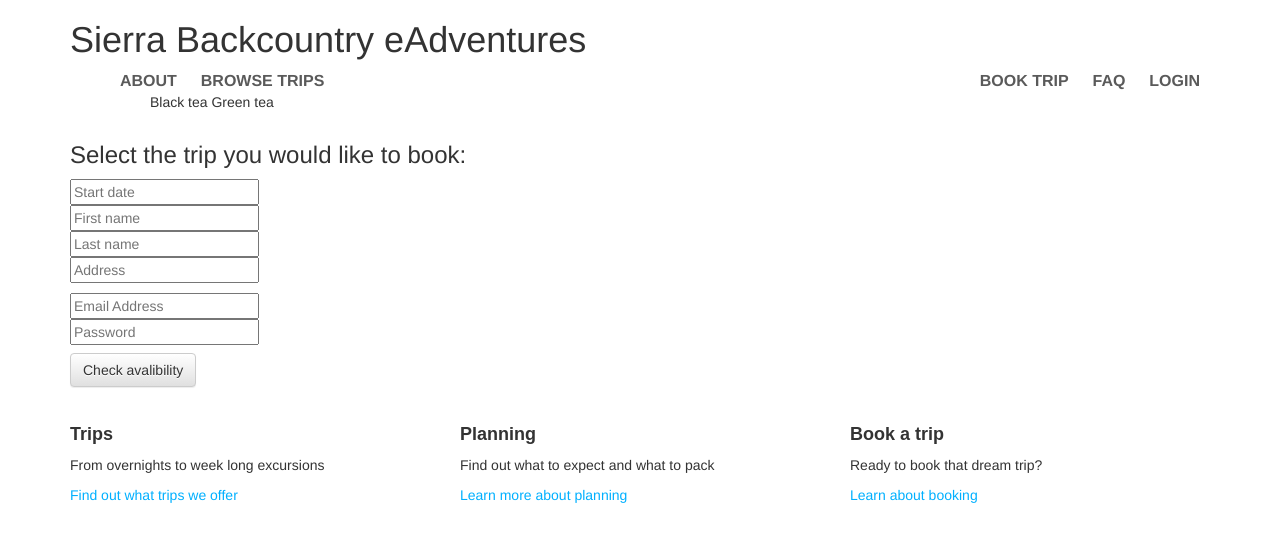
Repository: nageek17/eadventures
Page: http://localhost/booking.php
The author's editor kept a record of every edit. The page is drawn from the files as they stood at one moment, then again after the next edit.
The browser window is 1280 px wide. The pictures show the whole page.
Some web libraries are served in a nearby version. The page is run by PHP 8.4 with error messages shown; the project is at /var/www/html/. Queries for data that is not in the repository find no rows.

Above is the page before.
Console error (its wording comes from the project's code and is left out).

### booking.php
<?php
    include ('header.php');

    $con=mysqli_connect("kdoung17-eadventures-885147","kdoung17","","eadventures");

    // Check connection
    if (mysqli_connect_errno()) {
        echo "Failed to connect to MySQL: " . mysqli_connect_error();
    }
?>


        <div class='container'>

        <h3> Select the trip you would like to book: </h3>

        <form>
        <?php
        $result = mysqli_query($con,"SELECT * FROM trips;");
        while($row = mysqli_fetch_array($result)) {
        ?>

        <input type="radio" name="trip" value= <?php echo $row["trip_name"]; ?> > <?php echo $row["trip_name"]; ?><br>

        <?php }
        mysqli_close($con);
        ?>

        <input type="text" name="date" class="reg" placeholder="Start date"><br>
        <p>
        <input type="text" name="first" class="reg" placeholder="First name"><br>
        <input type="text" name="last" class="reg" placeholder="Last name"><br>
        <input type="text" name="address" class="reg" placeholder="Address"><br>
        </p>
        <input type="text" name="email" class="reg" placeholder="Email Address"><br>
        <input type="password" name="password" class="reg" placeholder="Password"><br>
        <p class="action_bottom">

        <button class="btn btn-default navbar-btn" type="submit">Check avalibility</button>
        </p>


</form>


</div>

<?php
    include ('footer.php');
?>

### header.php
<?php
  session_start();
  include ('dbconfig.php');

  //$con=mysqli_connect("kdoung17-eadventures-885147","kdoung17","","eadventures");
  if (mysqli_connect_errno()) {
  echo "Failed to connect to MySQL: " . mysqli_connect_error();
  }
?>

<!DOCTYPE html>
<html>
  <head>

    <link rel="stylesheet" href="//netdna.bootstrapcdn.com/bootstrap/3.1.1/css/bootstrap.min.css">
    <link rel="stylesheet" href="//netdna.bootstrapcdn.com/bootstrap/3.1.1/css/bootstrap-theme.min.css">

    <link rel="stylesheet" href="css/main.css">

    <title>eAdventures</title>

  </head>

<body>
    <div class="nav">
      <div class="container">
        <h1 class='heading'>Sierra Backcountry eAdventures</h1>
        <ul class="pull-left" class="active">
          <li><a href="index.php">about</a></li>
          <li><a href="products.php">Browse Trips</a>
          <ul>
            <li>Black tea</li>
            <li>Green tea</li>
          </ul>

          </li>
        </ul>
        <ul class="pull-right">
          <li><a href="booking.php">Book trip</a></li>
          <li><a href="faq.php">FAQ</a></li>

          <?php
          if(isset($_SESSION['email']))
          {
                echo '<li><a href="account.php">Account</a></li>';
                echo '<li><a href="logout.php">Logout</a></li>';
          }
          else
          {
            echo '<li><a href="login.php">Login</a></li>';
          }
          ?>
        </ul>
      </div>
    </div>

### dbconfig.php
<?php

$con=mysqli_connect("kdoung17-eadventures-885147","kdoung17","","eadventures");

?>

### footer.php


<div class="learn-more">
	  <div class="container">
		<div class='row'>
	      <div class='col-md-4'>
			<h3>Trips</h3>
			<p>From overnights to week long excursions</p>
			<p><a href="products.php">Find out what trips we offer</a></p>
	      </div>
		  <div class='col-md-4'>
			<h3>Planning</h3>
			<p>Find out what to expect and what to pack</p>
			<p><a href="faq.php">Learn more about planning</a></p>
		  </div>
		  <div class='col-md-4'>
			<h3>Book a trip</h3>
			<p>Ready to book that dream trip?</p>
			<p><a href="booking.php">Learn about booking</a></p>
		  </div>
	    </div>
	  </div>
	</div>
</div>


<script type="text/javascript" src="jcart/js/jquery-1.4.4.min.js"></script>
<script type="text/javascript" src="jcart/js/jcart.min.js"></script>
<script src="https://maxcdn.bootstrapcdn.com/bootstrap/3.2.0/js/bootstrap.min.js"></script>

</body>
</html>

### jcart/config-loader.php
<?php

// jCart v1.3
// http://conceptlogic.com/jcart/

// By default, this file returns the $config array for use with PHP scripts
// If requested via Ajax, the array is encoded as JSON and echoed out to the browser

// Don't edit here, edit config.php
include_once('config.php');

// Use default values for any settings that have been left empty
if (!$config['currencyCode']) $config['currencyCode']                     = 'USD';
if (!$config['text']['cartTitle']) $config['text']['cartTitle']           = 'Shopping Cart';
if (!$config['text']['singleItem']) $config['text']['singleItem']         = 'Item';
if (!$config['text']['multipleItems']) $config['text']['multipleItems']   = 'Items';
if (!$config['text']['subtotal']) $config['text']['subtotal']             = 'Subtotal';
if (!$config['text']['update']) $config['text']['update']                 = 'update';
if (!$config['text']['checkout']) $config['text']['checkout']             = 'checkout';
if (!$config['text']['checkoutPaypal']) $config['text']['checkoutPaypal'] = 'Checkout with PayPal';
if (!$config['text']['removeLink']) $config['text']['removeLink']         = 'remove';
if (!$config['text']['emptyButton']) $config['text']['emptyButton']       = 'empty';
if (!$config['text']['emptyMessage']) $config['text']['emptyMessage']     = 'Your cart is empty!';
if (!$config['text']['itemAdded']) $config['text']['itemAdded']           = 'Item added!';
if (!$config['text']['priceError']) $config['text']['priceError']         = 'Invalid price format!';
if (!$config['text']['quantityError']) $config['text']['quantityError']   = 'Item quantities must be whole numbers!';
if (!$config['text']['checkoutError']) $config['text']['checkoutError']   = 'Your order could not be processed!';

if ($_GET['ajax'] == 'true') {
	header('Content-type: application/json; charset=utf-8');
	echo json_encode($config);
}
?>

### jcart/config.php
<?php

// jCart v1.3
// http://conceptlogic.com/jcart/

// Do NOT store any sensitive info in this file!!!
// It's loaded into the browser as plain text via Ajax


////////////////////////////////////////////////////////////////////////////////
// REQUIRED SETTINGS

// Path to your jcart files
$config['jcartPath']              = 'jcart/';

// Path to your checkout page
$config['checkoutPath']           = 'checkout.php';

// The HTML name attributes used in your item forms
$config['item']['id']             = 'my-item-id';    // Item id
$config['item']['name']           = 'my-item-name';    // Item name
$config['item']['price']          = 'my-item-price';    // Item price
$config['item']['qty']            = 'my-item-qty';    // Item quantity
$config['item']['url']            = 'my-item-url';    // Item URL (optional)
$config['item']['add']            = 'my-add-button';    // Add to cart button

// Your PayPal secure merchant ID
// Found here: https://www.paypal.com/webapps/customerprofile/summary.view
$config['paypal']['id']           = 'seller_1282188508_biz@conceptlogic.com';

////////////////////////////////////////////////////////////////////////////////
// OPTIONAL SETTINGS

// Three-letter currency code, defaults to USD if empty
// See available options here: http://j.mp/agNsTx
$config['currencyCode']           = '';

// Add a unique token to form posts to prevent CSRF exploits
// Learn more: http://conceptlogic.com/jcart/security.php
$config['csrfToken']              = false;

// Override default cart text
$config['text']['cartTitle']      = '';    // Shopping Cart
$config['text']['singleItem']     = '';    // Item
$config['text']['multipleItems']  = '';    // Items
$config['text']['subtotal']       = '';    // Subtotal
$config['text']['update']         = '';    // update
$config['text']['checkout']       = '';    // checkout
$config['text']['checkoutPaypal'] = '';    // Checkout with PayPal
$config['text']['removeLink']     = '';    // remove
$config['text']['emptyButton']    = '';    // empty
$config['text']['emptyMessage']   = '';    // Your cart is empty!
$config['text']['itemAdded']      = '';    // Item added!
$config['text']['priceError']     = '';    // Invalid price format!
$config['text']['quantityError']  = '';    // Item quantities must be whole numbers!
$config['text']['checkoutError']  = '';    // Your order could not be processed!

// Override the default buttons by entering paths to your button images
$config['button']['checkout']     = '';
$config['button']['paypal']       = '';
$config['button']['update']       = '';
$config['button']['empty']        = '';


////////////////////////////////////////////////////////////////////////////////
// ADVANCED SETTINGS

// Display tooltip after the visitor adds an item to their cart?
$config['tooltip']                = true;

// Allow decimals in item quantities?
$config['decimalQtys']            = false;

// How many decimal places are allowed?
$config['decimalPlaces']          = 1;

// Number format for prices, see: http://php.net/manual/en/function.number-format.php
$config['priceFormat']            = array('decimals' => 2, 'dec_point' => '.', 'thousands_sep' => ',');

// Send visitor to PayPal via HTTPS?
$config['paypal']['https']        = true;

// Use PayPal sandbox?
$config['paypal']['sandbox']      = false;

// The URL a visitor is returned to after completing their PayPal transaction
$config['paypal']['returnUrl']    = '';

// The URL of your PayPal IPN script
$config['paypal']['notifyUrl']    = '';

?>

### css/main.css
.home .heading {
  font-family: 'Shift', sans-serif;
  font-weight: bold;
}

.featured-trips {
    background-color: #efefef;
    border-top: 1px solid #dbdbdb;
    border-bottom: 1px solid #dbdbdb;

}

.featured-trips h2{
    color: #393c3d;
    font-size: 24px;
}

.featured-trips p {
    font-size: 15px;
    margin-bottom: 13px;
}

.featured-trips .thumbnail{
  height: 500px;
}

.nav a {
  color: #5a5a5a;
  font-size: 16px;
  font-weight: bold;
  padding: 14px 10px;
  text-transform: uppercase;
}

.nav li {
  display: inline;
}

.home .jumbotron {
  background-image:url(../img/yosemitecover.jpg);
  height: 600px;
  margin-bottom:0px;
}

.home .jumbotron .container {
  position: relative;
  top:100px;
}

.home .jumbotron h1 {
  color: #fff;
  font-size: 48px;
  font-family: 'Shift', sans-serif;
  font-weight: bold;
}

.home .jumbotron p {
  font-size: 26px;
  color: #fff;
}

.home .learn-more {
  background-color: #f7f7f7;
}

.learn-more h3 {
  font-family: 'Shift', sans-serif;
  font-size: 18px;
  font-weight: bold;
}

.learn-more a {
  color: #00b0ff;
}

.trips .jumbotron {
  background-color: #f7f7f7;

}

/*  products css page */
.trips .jumbotron p{
  font-size: 15px;

}

.trips .container{
        border-top-style: solid;
        border-top-color: #778899;

}

.trips .thumbnail {
  margin-top: 20px;
}

### jcart/js/jcart.min.js
// jCart v1.3
// http://conceptlogic.com/jcart/
$(function(){var a=(function(){var k="jcart",b=$("#jcart"),e=$("[name=jcartToken]").val(),i=$("#jcart-tooltip");var d=(function(){var l=null;$.ajax({url:k+"/config-loader.php",data:{ajax:"true"},dataType:"json",async:false,success:function(m){l=m},error:function(){alert("Ajax error: Edit the path in jcart.js to fix.")}});return l}());var f=(function(){if(d.tooltip===true){i.text(d.text.itemAdded);$(".jcart [type=submit]").mouseenter(function(m){var l=m.pageY+25,n=m.pageX+-10;$("body").append(i);i.css({top:n+"px",left:l+"px"})}).mousemove(function(m){var n=m.pageY+25,l=m.pageX+-10;i.css({top:n+"px",left:l+"px"})}).mouseleave(function(){i.hide()})}$("#jcart-buttons").remove();$.ajaxSetup({type:"POST",url:k+"/relay.php",success:function(l){b.html(l);$("#jcart-buttons").remove()},error:function(n,p){var o=n.status,l="Ajax error: ";if(o===0){l+="Check your network connection."}if(o===404||o===500){l+=o}if(p==="parsererror"||p==="timeout"){l+=p}alert(l)}})}());var c=$("#jcart-is-checkout").val();function j(n){var m=n.find("[name="+d.item.qty+"]"),l=n.find("[name="+d.item.add+"]");$.ajax({data:n.serialize()+"&"+d.item.add+"="+l.val(),success:function(o){if(m.val()>0&&i.css("display")==="none"){i.fadeIn("100").delay("400").fadeOut("100")}b.html(o);$("#jcart-buttons").remove()}})}function g(l){var o=l.parent().find('[name="jcartItemId[]"]').val();var n=l.val();if(n){var m=window.setTimeout(function(){$.ajax({data:{jcartUpdate:1,itemId:o,itemQty:n,jcartIsCheckout:c,jcartToken:e}})},1000)}l.keydown(function(p){if(p.which!==9){window.clearTimeout(m)}})}function h(m){var n=m.attr("href");n=n.split("=");var l=n[1];$.ajax({type:"GET",data:{jcartRemove:l,jcartIsCheckout:c}})}$(".jcart").submit(function(l){j($(this));l.preventDefault()});b.keydown(function(l){if(l.which===13){l.preventDefault()}});b.delegate('[name="jcartItemQty[]"]',"keyup",function(){g($(this))});b.delegate(".jcart-remove","click",function(l){h($(this));l.preventDefault()})}())});

Loaded but not shown: jcart/js/jquery-1.4.4.min.js (library)

After the next edit:
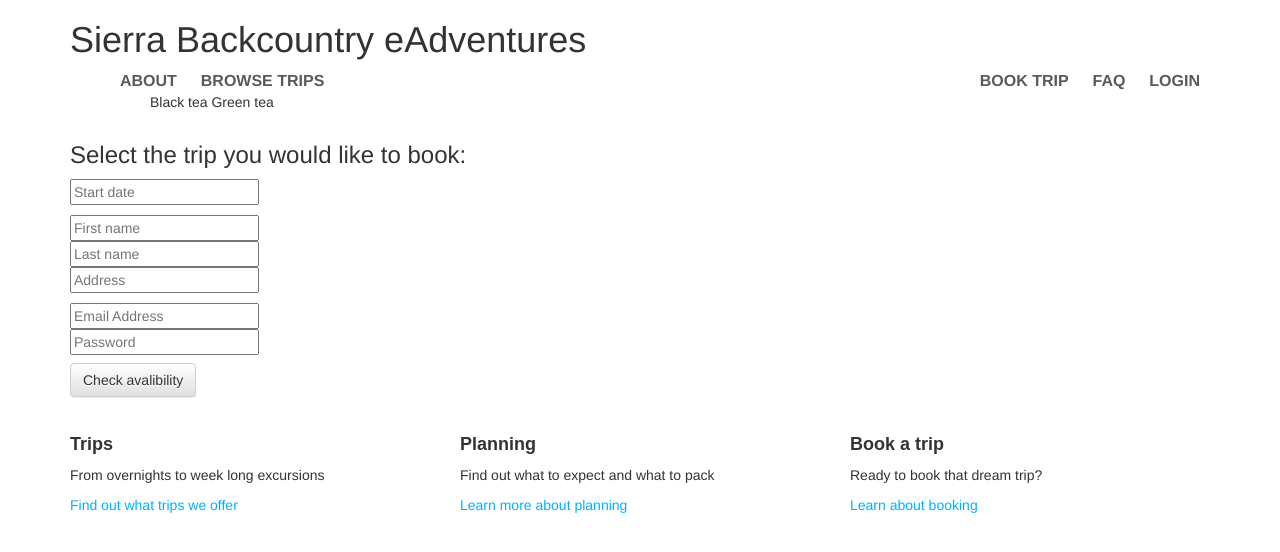
The edit:
--- a/booking.php
+++ b/booking.php
@@ -25,7 +25,7 @@
         <?php }
         mysqli_close($con);
         ?>
-
+        <p>
         <input type="text" name="date" class="reg" placeholder="Start date"><br>
         <p>
         <input type="text" name="first" class="reg" placeholder="First name"><br>
